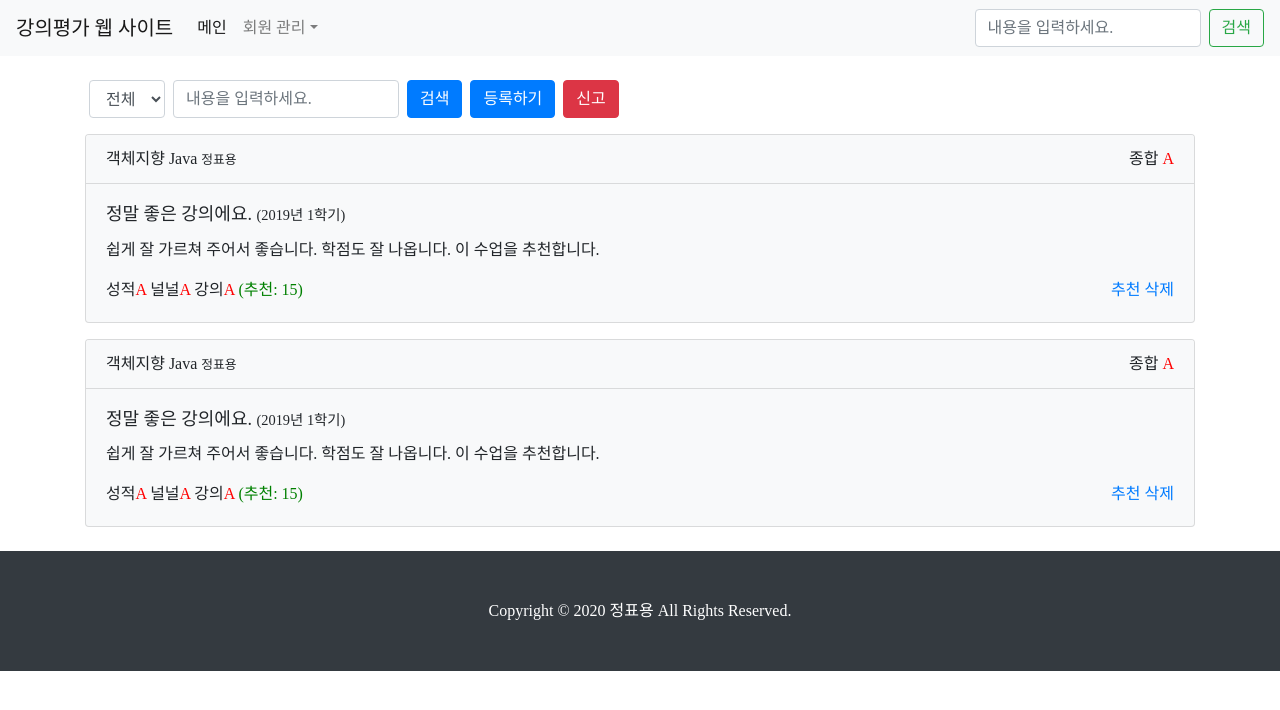
Repository: sur2/JSP-Lecture-Evaluation
Page: http://localhost/Lecture_Evaluation/userJoin.jsp
The author's editor kept a copy of each file at every save. The page is drawn from the files as they stood at one save, then again after the next save.
The browser window is 1280 px wide. The pictures show the whole page.
Some web fonts or font styles are not loaded; a fallback is used. The page is served by Tomcat 9.

Above is the page before, as saved 2020-01-03 10:00:49.
Console error (its wording comes from the project's code and is left out).

After the next save:
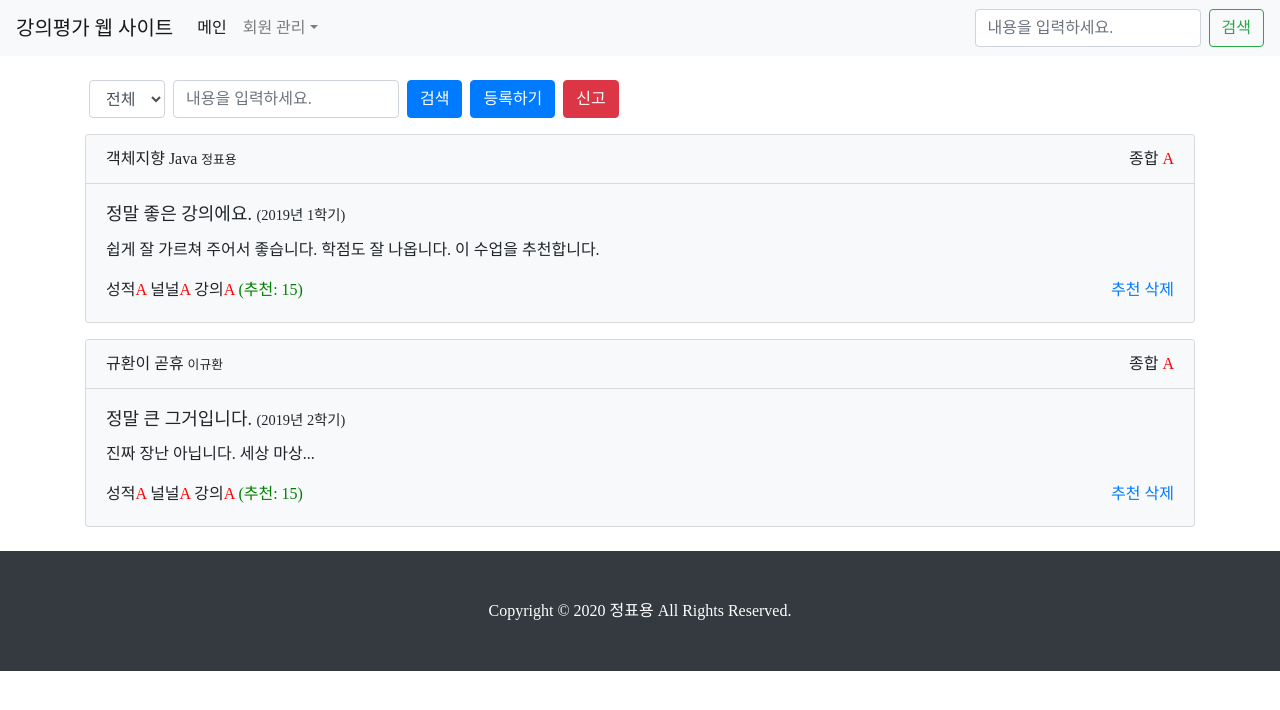
Saved 48 min 35 s later.
--- a/Lecture Evaluation/WebContent/userJoin.jsp
+++ b/Lecture Evaluation/WebContent/userJoin.jsp
@@ -83,15 +83,15 @@
 		<div class="card bg-light mt-3">
 			<div class="card-header bg-light">
 				<div class="row">
-					<div class="col-8 text-left">객체지향 Java&nbsp;<small>정표용</small></div>
+					<div class="col-8 text-left">규환이 곧휴&nbsp;<small>이규환</small></div>
 					<div class="col-4 text-right">종합
 						<span style="color: red;">A</span>
 					</div>
 				</div>
 			</div>
 			<div class="card-body">
-				<h5 class="card-title">정말 좋은 강의에요.&nbsp;<small>(2019년 1학기)</small></h5>
-				<p class="card-text">쉽게 잘 가르쳐 주어서 좋습니다. 학점도 잘 나옵니다. 이 수업을 추천합니다.</p>
+				<h5 class="card-title">정말 큰 그거입니다.&nbsp;<small>(2019년 2학기)</small></h5>
+				<p class="card-text">진짜 장난 아닙니다. 세상 마상... </p>
 				<div class="row">
 					<div class="col-9 text-left">
 						성적<span style="color: red;">A</span>
